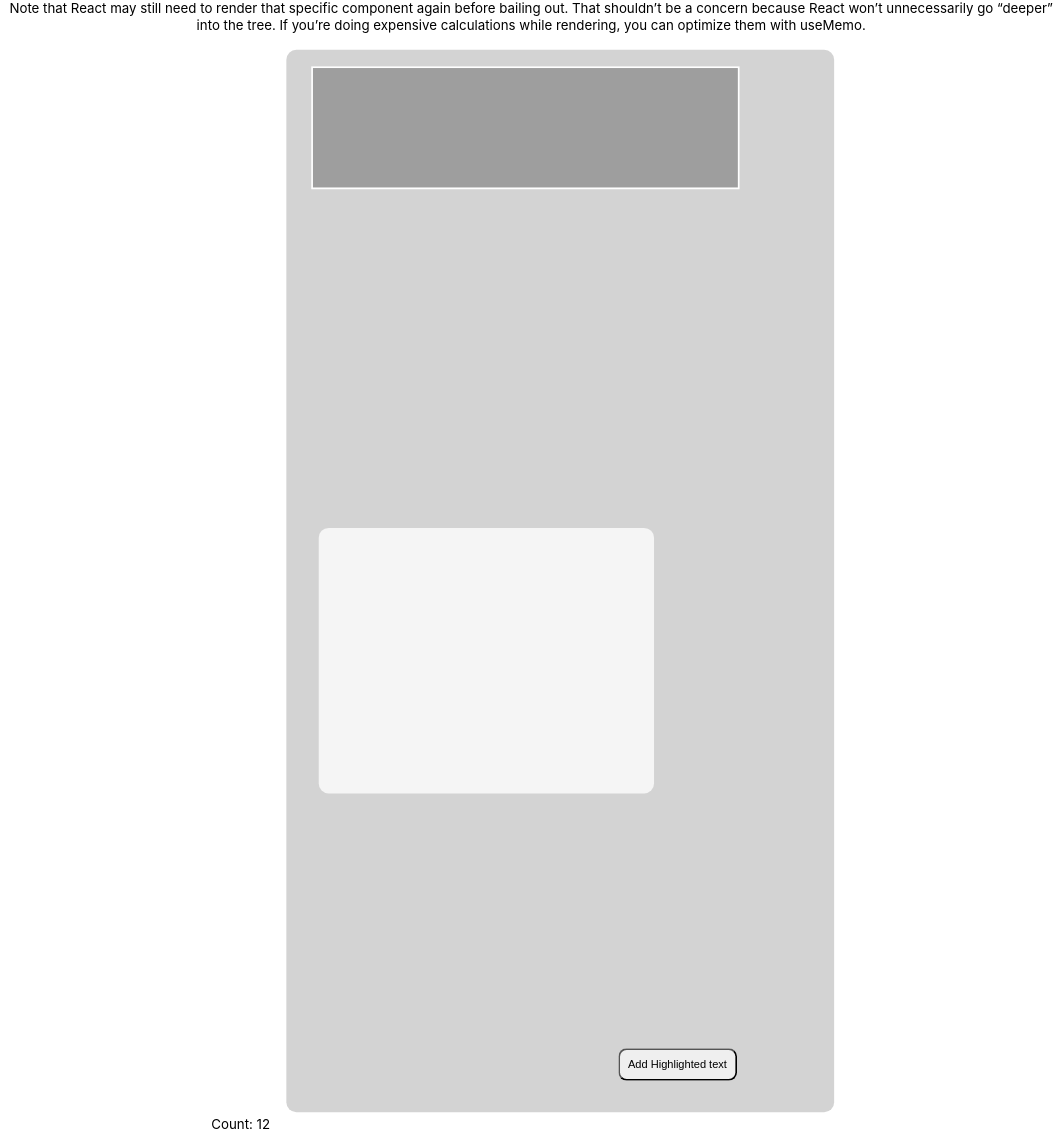
Repository: Farbod29/React-text-highlighter-with-hook-
Page: /
These files come from the project's save history. The page is drawn as it stood at one moment and after a run of saves; the edit follows.
The browser window is 1280 px wide. The pictures show the whole page, at 83% of full size.
Pictures or frames that could not be fetched are drawn as grey boxes. The project was rebuilt for these pictures with package versions that can differ from the ones it lists, and the page was loaded fresh each time.

Above is the page before, as saved 2022-02-18 22:54:30.

### src/App.js
import './App.css';
import Highlighter from './highlighter';
function App() {
  return (
    <div className="App">
      <Highlighter />
    </div>
  );
}

export default App;

### src/highlighter.js
import React, { useEffect, useState } from 'react';

export default function Highlighter() {
  let doit = () => {
    document.onmouseup = () => {
      console.log(window.getSelection().toString());
    };
  };
  const [count, setCount] = useState(12);
  return (
    <>
      <div>
        {' '}
        Note that React may still need to render that specific component again
        before bailing out. That shouldn’t be a concern because React won’t
        unnecessarily go “deeper” into the tree. If you’re doing expensive
        calculations while rendering, you can optimize them with useMemo.
      </div>
      Count: {count}
      {/* <button onClick={() => setCount((prevCount) => prevCount - 1)}>-</button> */}
      <div
        style={{
          padding: '0px 10px',
          height: '100vw',
          width: '50vw',
          margin: '20px',
          borderRadius: '12px',
          backgroundColor: '#D3D3D3',
          inline: true,
          fontColor: 'red',
          display: 'inline-block',
          textAlign: 'center',
          position: 'relative',
        }}
      >
        <img
          style={{
            height: '20vh',
            width: '40vw',
            position: 'absolute',
            border: '2px solid',
            borderColor: '#ffff',
            left: 30,
            top: 20,
          }}
          src="https://pfrias.couragecompanion.eu/storage/m/_v2/213604778138275840/4f8b684e5-e9314a/vlyvkRQwb3ew/u8hVvH5l5IFvha9MQyXCzPOYLo2SXG3bqIpv6vBg.png"
        ></img>
        <div
          style={{
            // textBox
            padding: '0px 10px',
            backgroundColor: '#F5F5F5',
            height: '25vw',
            width: '30vw',
            left: '3vw',
            top: '45vw',
            borderRadius: '12px',
            position: 'absolute',
          }}
        />
        <div
          style={{
            position: 'absolute',
            bottom: '3vw',
            left: '24vw',
            right: '2vw',
          }}
        >
          <button
            style={{ padding: '10px', borderRadius: '10px' }}
            onClick={() => setCount(12)}
          >
            {' '}
            Add Highlighted text{' '}
          </button>
        </div>
      </div>
      {doit()}
    </>
  );
}

Loaded but not shown: public/index.html (common file); src/index.js (common file); src/index.css (common file); src/reportWebVitals.js (common file); src/App.css (common file)

After the next 3 saves:
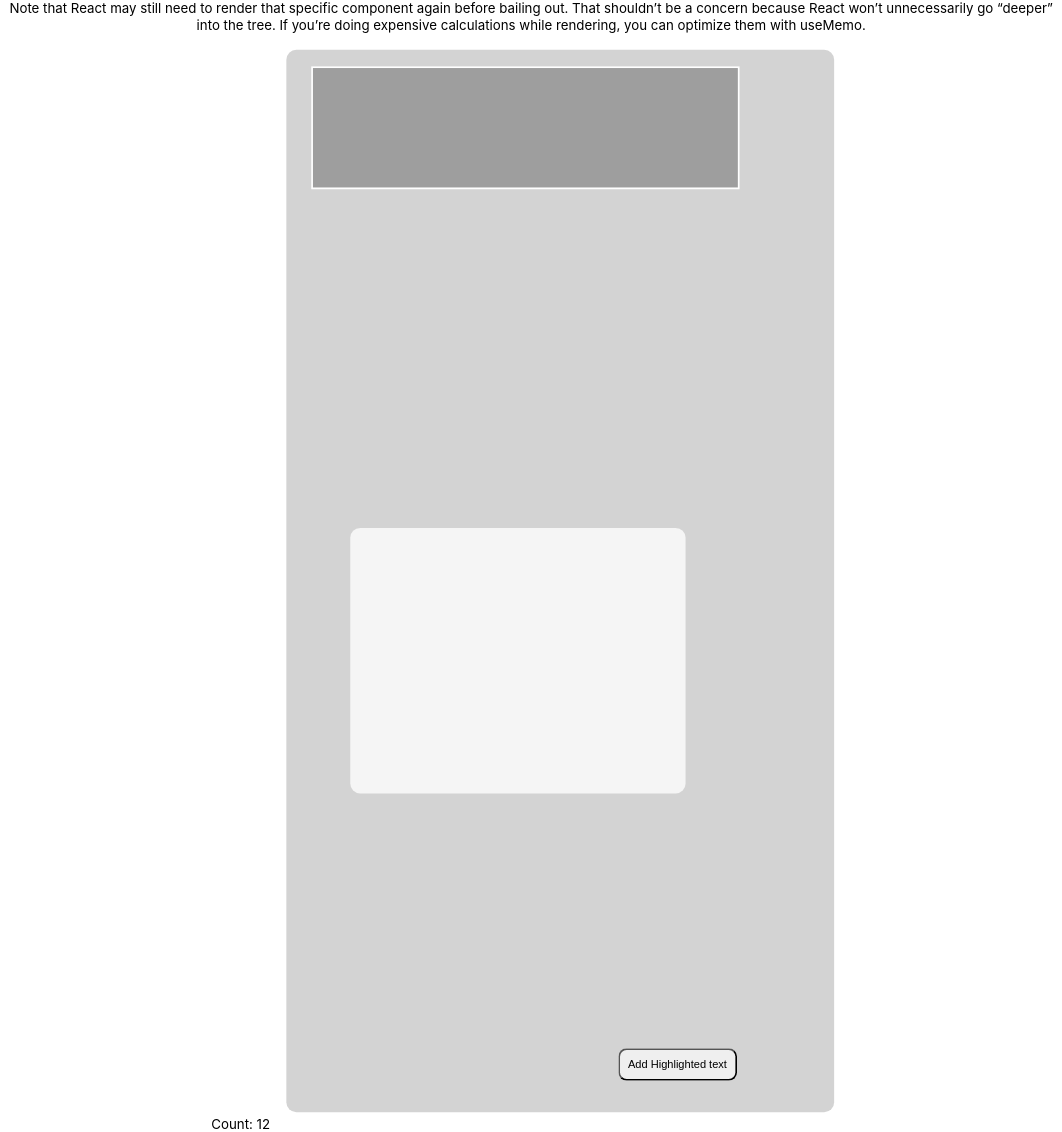
The 3 saves are shown as one change because they came seconds apart.
The last was saved 3 min 13 s later.
--- a/src/highlighter.js
+++ b/src/highlighter.js
@@ -52,7 +52,7 @@ export default function Highlighter() {
             backgroundColor: '#F5F5F5',
             height: '25vw',
             width: '30vw',
-            left: '3vw',
+            left: '6vw',
             top: '45vw',
             borderRadius: '12px',
             position: 'absolute',
